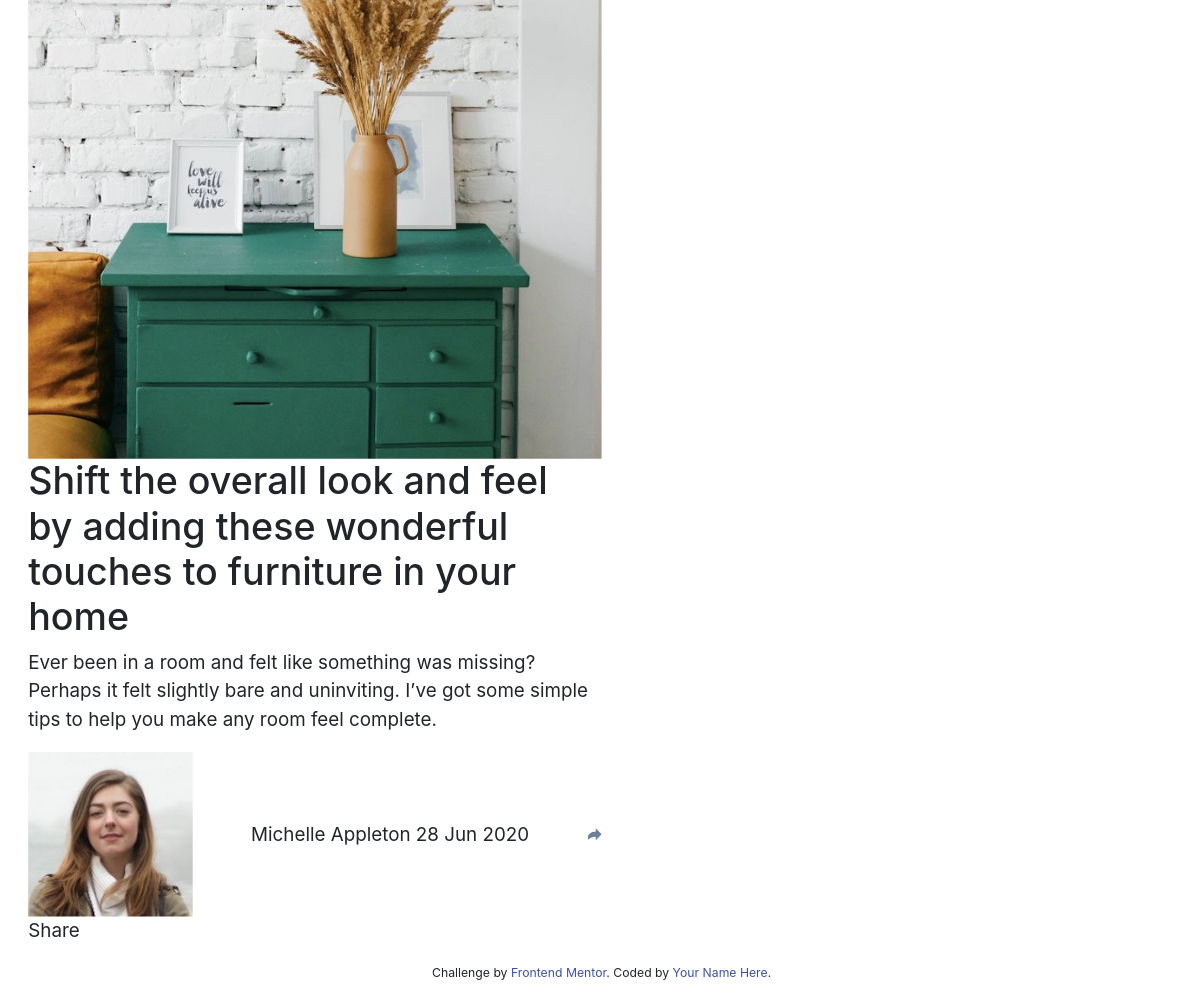
Repository: timiodulate/Article-Preview-Component
Page: index.html
An editor plug-in stored every save of this project. The page is shown before and after a run of saves, followed by the edit.
The browser window is 1280 px wide. The pictures show the whole page, at 94% of full size.

Above is the page before, as saved 2020-07-11 11:19:41.

### index.html
<!DOCTYPE html>
<html lang="en">
<head>
  <meta charset="UTF-8">
  <meta name="viewport" content="width=device-width, initial-scale=1.0"> <!-- displays site properly based on user's device -->

  <link rel="icon" type="image/png" sizes="32x32" href="./images/favicon-32x32.png">

  <!-- Bootstrap -->
  <link rel="stylesheet" href="./css/bootstrap.min.css">

  <!-- Custom Style -->
  <link rel="stylesheet" href="./css/style.css">

  <title>Frontend Mentor | Article preview component</title>
</head>
<body>

  <div class="container col d-flex flex-column justify-content-between">

    <div class="cardContainer col d-flex-column align-items-center">

      <div class="imageContainer w-50">

        <img src="./images/drawers.jpg" alt="" class="w-100">
      </div>

      <div class="textContainer w-50">
        <h2>
          Shift the overall look and feel by adding these wonderful
          touches to furniture in your home
        </h2>
        <p>
          Ever been in a room and felt like something was missing? Perhaps
          it felt slightly bare and uninviting. I’ve got some simple tips
          to help you make any room feel complete.
        </p>
        <div class="userDetails d-flex justify-content-between align-items-center">

          <img src="./images/avatar-michelle.jpg" alt="">
          <div class="nameDate">
            Michelle Appleton
            28 Jun 2020
          </div>
          <img src="./images/icon-share.svg" alt="">
        </div>
      </div>



      Share
    </div>
    <div class="attribution">
      Challenge by <a href="https://www.frontendmentor.io?ref=challenge" target="_blank">Frontend Mentor</a>.
      Coded by <a href="#">Your Name Here</a>.
    </div>
  </>

  <script src="https://code.jquery.com/jquery-3.5.1.slim.min.js" integrity="sha384-DfXdz2htPH0lsSSs5nCTpuj/zy4C+OGpamoFVy38MVBnE+IbbVYUew+OrCXaRkfj" crossorigin="anonymous"></script>
  <script src="./js/bootstrap.min.js"></script>
</body>
</html>

### css/style.css
@import url('http://fonts.googleapis.com/css?family=Raleway:400|Open+Sans:500');

/* Global Resets */
* {
    padding: 0;
    margin: 0;
    box-sizing: border-box;
}

html {
    font-size: 20px;

    /* font-family */
    --header: Raleway;
    --body: Open Sans;

    /* font-weight */
    --normal: 400;
    --bold: 700;

    /* color */
    --footer: hsl(243, 87%, 12%);
    --last-section: hsl(238, 22%, 44%);
    --button: hsl(224, 93%, 58%);
    --anchor: hsl(170, 45%, 43%);
    --card-bg: hsl(240, 75%, 98%);
    --placeholder: hsl(0, 0%, 75%);
    --text: white;
}

/* Dark mode */
/* html[data-theme = 'dark'] {

} */

body {
    height: 100vh;
    width: 100vw;
    /* background-image: url(../images/bg-intro-desktop.png); */
    /* background-color: var(--red); */
    /* background-blend-mode: screen; */
}

button {
    cursor: pointer;
    padding: 12px 50px;
    border: none;
    border-radius: .3rem;
    font-size: .7rem;
    font-family: var(--header), sans-serif;

    background-color: var(--button);
    color: white;
}

ul {
    list-style: none;
}

li {
    text-decoration: none;
}

a  {
    text-decoration: none;
}



/* header */
.container {
    width: 100%;
    height: 100%;
}

/* nav */



/* main */


/* section */



/* footer */
footer .footer-container {
    display: grid;
    grid-template-columns: repeat(4, 1fr);
    margin-bottom: 30px;
}
.attribution {
    font-size: 13px;
    text-align: center;
    /* color: var(--text); */
    padding: 20px;
}
.attribution a {
    color: hsl(228, 45%, 44%);
    text-decoration: none;
}



/* Media Queries - Responsiveness */
/* LG - Large Screen */
/* @media only screen and (max-width: 992px) {

} */

/* MD - Medium Screen */
/* @media only screen and (max-width: 765px) {
    body {
        justify-content: initial;
	height: fit-content;
    }

    footer .footer-container {
        grid-template-columns: 1fr;
        margin-bottom: 20px;
        row-gap: 15px;
    }

    .attribution {
        font-size: .6rem;
        padding: 20px 10px;
        color: white;
    }
} */

/* SM - Small Screen */
/* @media only screen and (max-width: 576px){

} */


/* @timiodulate css template */

Loaded but not shown: css/bootstrap.min.css (library); js/bootstrap.min.js (library)

After the next 2 saves:
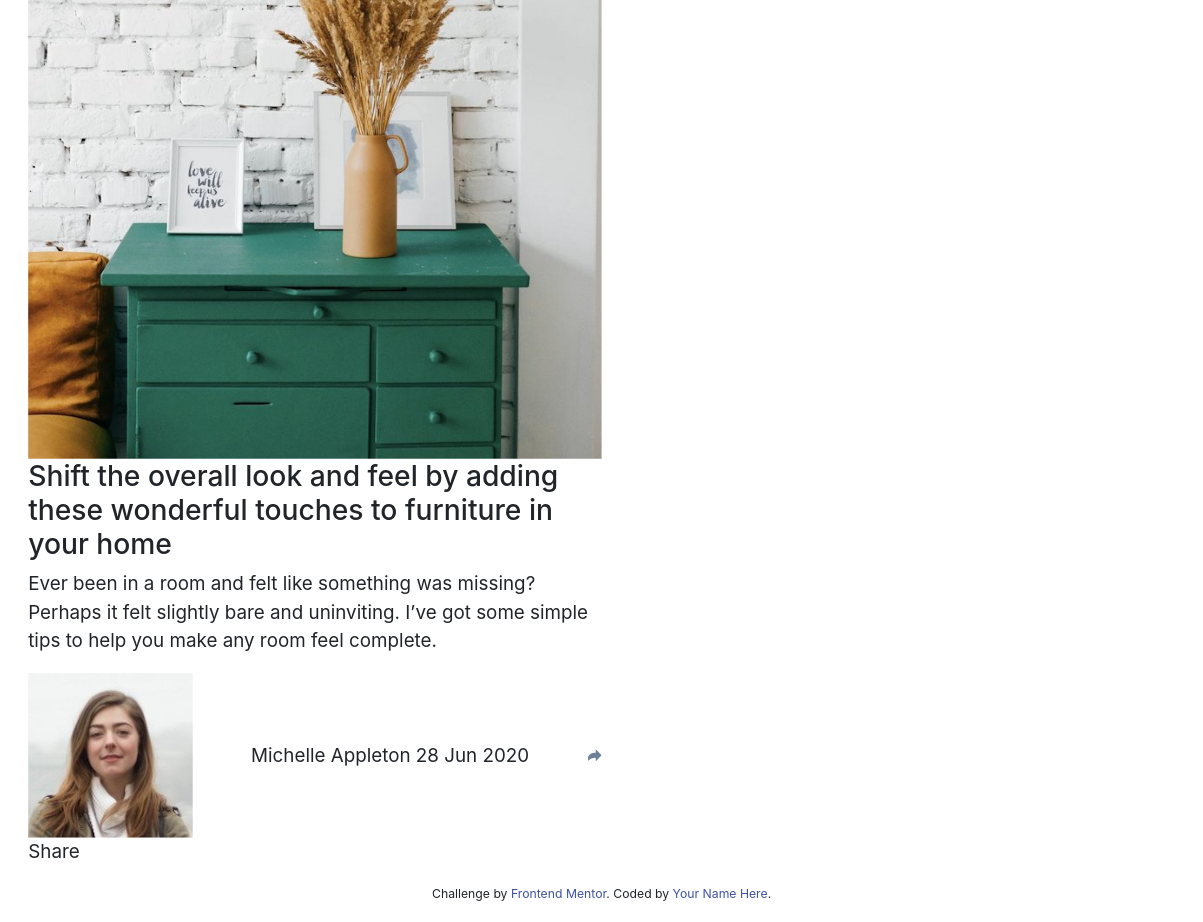
The 2 saves are shown as one change because they came seconds apart.
The last was saved 33 s later.
--- a/index.html
+++ b/index.html
@@ -26,10 +26,10 @@
       </div>
 
       <div class="textContainer w-50">
-        <h2>
+        <h4>
           Shift the overall look and feel by adding these wonderful
           touches to furniture in your home
-        </h2>
+        </h4>
         <p>
           Ever been in a room and felt like something was missing? Perhaps
           it felt slightly bare and uninviting. I’ve got some simple tips
